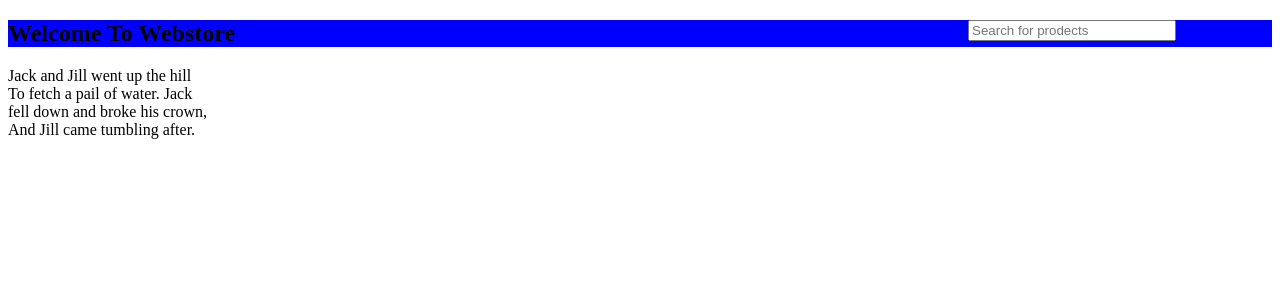
Repository: sourogithub/Final-yr-project-using-j2ee
Page: http://localhost/Webstore/JSP Pages/index.jsp
These files come from the project's save history. The page is drawn as it stood at one moment and after the next save; the edit follows.
The browser window is 1280 px wide. The pictures show the whole page.
The page is served by Tomcat 9.

Above is the page before, as saved 2017-04-11 07:25:38.

### Webstore/WebContent/JSP Pages/index.jsp
<%@ page language="java" contentType="text/html; charset=ISO-8859-1"
    pageEncoding="ISO-8859-1"%>
<!DOCTYPE html PUBLIC "-//W3C//DTD HTML 4.01 Transitional//EN" "http://www.w3.org/TR/html4/loose.dtd">
<html>
<head>
<meta http-equiv="Content-Type" content="text/html; charset=ISO-8859-1">
<title>Webstore</title>

</head>
<body>
<div id="top" style="background:blue">
<h2>Welcome To Webstore
<input type="text" placeholder="Search for prodects" required style="position:absolute;right:104px; border-width:2;float: right;width:200px"></h2>
</div>
<div id="mydiv" style="width:200px;background:white" onmouseover="this.style.background='gray';" onmouseout="this.style.background='white';">
    Jack and Jill went up the hill
    To fetch a pail of water.
    Jack fell down and broke his crown,
    And Jill came tumbling after.
    </div>
</body>
</html>

After the next save:
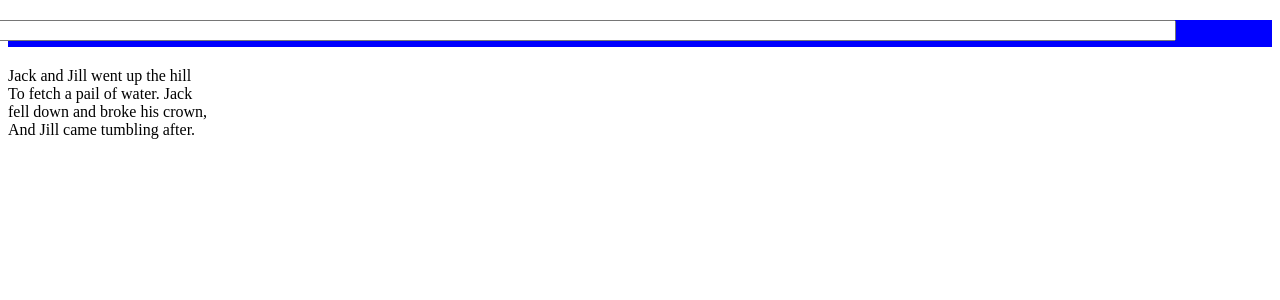
Saved 37 s later.
--- a/Webstore/WebContent/JSP Pages/index.jsp
+++ b/Webstore/WebContent/JSP Pages/index.jsp
@@ -10,7 +10,7 @@
 <body>
 <div id="top" style="background:blue">
 <h2>Welcome To Webstore
-<input type="text" placeholder="Search for prodects" required style="position:absolute;right:104px; border-width:2;float: right;width:200px"></h2>
+<input type="text" placeholder="Search for prodects" required style="position:absolute;right:104px; border-width:2;float: right;width:150000px"></h2>
 </div>
 <div id="mydiv" style="width:200px;background:white" onmouseover="this.style.background='gray';" onmouseout="this.style.background='white';">
     Jack and Jill went up the hill
